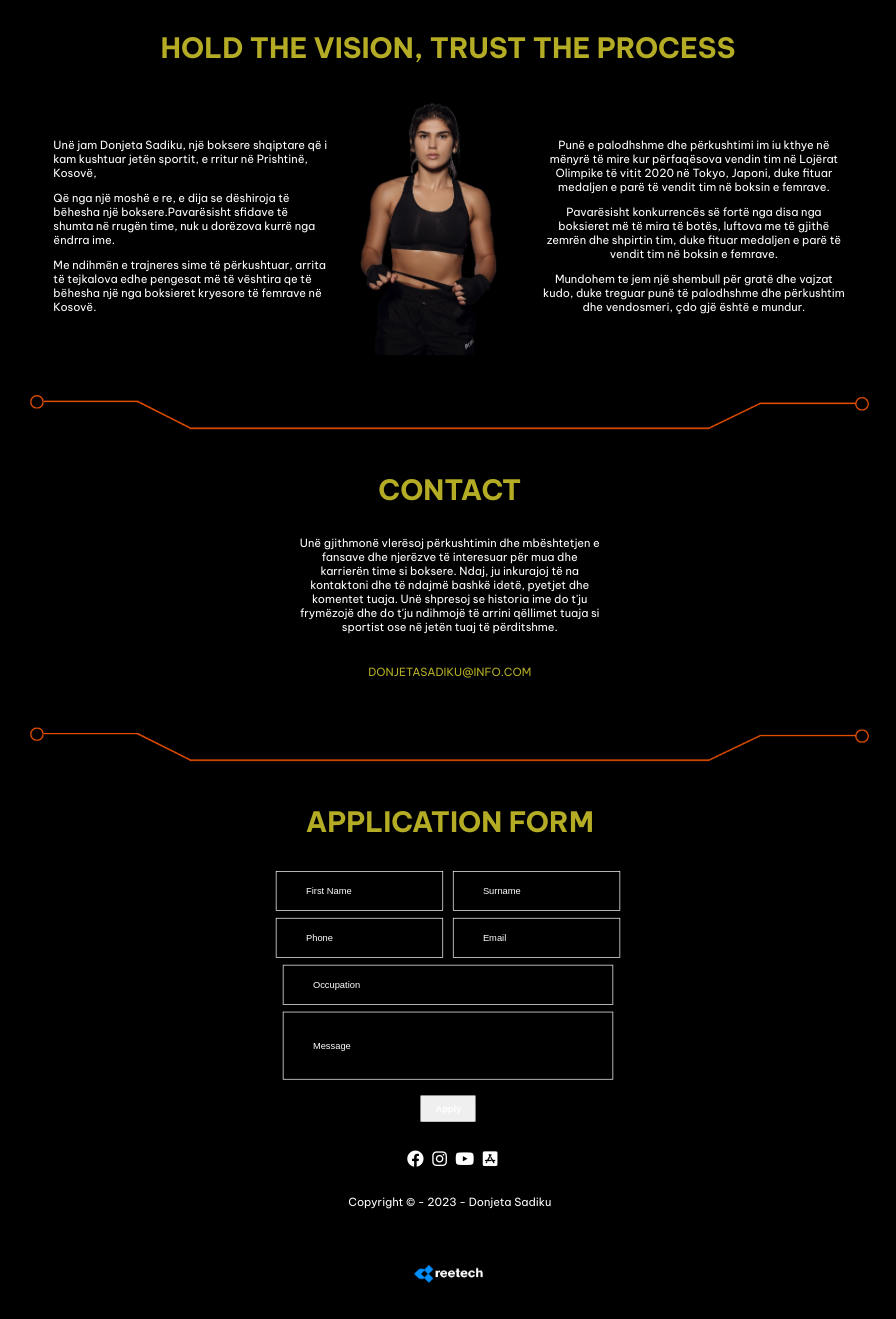
Repository: milot-morina/ds-boxing
Page: DS-Portfolio/index.html
These files come from the project's save history. The page is drawn as it stood at one moment and after the next save; the edit follows.
The browser window is 1280 px wide. The pictures show the part of the page from y = 2086 to 4006 px (the page is 3970 px tall before and 4006 px after), at 70% of full size.
A picture or video elsewhere on the page could not be fetched, so the positions and the page height are approximate.

Above is the page before, as saved 2023-03-21 08:18:03.

### DS-Portfolio/index.html
<!DOCTYPE html>
<html lang="en">
<head>
  <meta charset="UTF-8">
  <meta http-equiv="X-UA-Compatible" content="IE=edge">
  <meta name="viewport" content="width=device-width, initial-scale=1.0">
  <title>Donjeta Sadiku</title>
  <link rel="stylesheet" href="style.css">
  <link rel="stylesheet" href="https://cdnjs.cloudflare.com/ajax/libs/font-awesome/6.0.0-beta2/css/all.min.css" integrity="sha512-YWzhKL2whUzgiheMoBFwW8CKV4qpHQAEuvilg9FAn5VJUDwKZZxkJNuGM4XkWuk94WCrrwslk8yWNGmY1EduTA==" crossorigin="anonymous" referrerpolicy="no-referrer" />
  <link rel="icon" href="logofinal.png" type="image/icon type" style="width: 100%;">
  <link href="https://fonts.googleapis.com/css2?family=Be+Vietnam+Pro:wght@400;500;700&display=swap" rel="stylesheet">
</head>
<body>

  <section class="section1" id="home">
    <video muted autoplay loop style="pointer-events: none;">
      <source src="DS-Glitch.mp4" type="video/mp4">
    </video>
    <header class="hidden3">
      <div class="container">
        <nav class="navbar">
          <div class="brand-title">
            <img src="unitetiLogoFinal.png" alt="" width="130px">
          </div>
          <a href="#" class="toggle-button">
            <span class="bar"></span>
            <span class="bar"></span>
            <span class="bar"></span>
          </a>
          <div class="navbar-links">
            <ul>
              <li><a href="#home" class="home-btn">HOME</a></li>
              <li><a href="#club" class="header-club">CLUB</a></li>
              <li><a href="#contact" class="header-link a">CONTACT</a></li>
              <li><a href="#form" class="header-link a">FORM</a></li>
            </ul>
            <div class="socials">
            <i class="fa-brands fa-facebook"><a href="https://www.youtube.com/watch?v=dQw4w9WgXcQ"></a></i>
            <i class="fa-brands fa-instagram"></i>
            <i class="fa-brands fa-youtube"></i>
            <i class="fa-brands fa-app-store-ios"></i>
          </div>
          </div>

        </nav>
      </div>
    </header>
  </section>


  <img src="separator2.png" alt="" width="100%" style="margin-top: 40px;" class="first-seperator">


  <section class="section2 container row" id="club">

    <div class="images hidden2">
      <img src="handsUp.jpg" alt="">
    </div>
    <div class="text hidden">
      <p class="section-h hidden3">HISTORIA SHKRUHET!</p>
      <p class="section2-p hidden3">Nuk ka fjalë për t'u shprehur se sa krenare isha për të përfaqësuar vendin tim në skenën dhe për të marrë medalje ne kete nivel. Ishte një ndjenjë e mrekullueshme të përfaqësosh vendin tënd dhe të ndjehesh si një ambasador i saj në arenën nderkombetare.</p>
      <p class="section2-p hidden3">Në çdo moment të kësaj përvojeje, isha e mbuluar nga emocionet për rëndësinë që kjo ngjarje kishte për popullin tim dhe për boksierët shqiptarë. Nuk ishte thjesht një fitore personale, por ishte një fitore që përfaqësoi përparimin e boksi shqiptar dhe mundësinë e një të ardhme të ndritshme për sportin në vendin tonë.</p>
      <p class="section2-p hidden3">Kur mora medaljen olimpike, ndjeva një ndjenjë të thellë krenarie dhe një ndjesi të vërtetë prej triumfi. Ishte si të isha i gjithë vendlindja ime, duke festuar këtë arritje të madhe me mua. Nuk mund të mendoja për ndonjë gjë më të rëndësishme në atë moment, dhe do të mbaj gjithmonë këtë kujtim në zemrën time.</p>

    </div>

  </section>

  <img src="separator2.png" alt="" width="100%" style="margin-top: 30px;">


  <section class="section3 container">
    <p class="section-h">MEDALJET FLASIN VET!</p>
   <div class="row">
    <div class="text hidden2">
      <p>Viti me i suksesshem ne karrieren time . Solla dy medalje nje evropiane e një botërore. Dëshmova që une Donjeta Sadiku nuk dorërzohem asnjëher përkundrazi nuk kam dyshuar asnjëherë në veten time, mirpo tani po ndihem e kompletuar nën udhëheqjen e trajneres time Marjola Sallauka .</p>
      <p>Tash e tutje luftoj vetëm për medalje Olimpike. Unë besoj në vetën time dhe ju premtoj që me përkrahjen tuaj unë do ti realizoj këto synime . Faleminderit për përkrahje familjes time, Federatës së Boksit. Faleminderit trajnerës Marjola Sallauka për mjeshtërinë që tregon me punën e saj.</p>
    </div>
    <div class="images hidden">
      <img src="DplusMar.jpg" alt="" style="max-width: 640px;">
    </div>
   </div>

  </section>








  <img src="separator2.png" alt="" width="100%" style="margin-top: 30px;">




  <section class="section4 container" id="nft">
    <p class="section-h hidden3">HOLD THE VISION, TRUST THE PROCESS</p>
    <div class="row">
      <div class="text hidden2" style="text-align: left">
        <p>Unë jam Donjeta Sadiku, një boksere shqiptare që i kam kushtuar jetën sportit, e rritur në Prishtinë, Kosovë,
        </p>
        <p>Që nga një moshë e re, e dija se dëshiroja të bëhesha një boksere.Pavarësisht sfidave të shumta në rrugën time, nuk u dorëzova kurrë nga ëndrra ime.
        </p>
        <p>Me ndihmën e trajneres sime të përkushtuar, arrita të tejkalova edhe pengesat më të vështira qe të bëhesha një nga boksieret kryesore të femrave në Kosovë.</p>
      </div>
      <div class="hidden3">
        <div class="column">
          <img src="profilePic.png" alt="" style="width: 300px;">
          <!-- <img src="shadow.png" alt="" style="width: 300px;"> -->
        </div>
      </div>
      <div class="text hidden">
        <p>Punë e palodhshme dhe përkushtimi im iu kthye në mënyrë të mire kur përfaqësova vendin tim në Lojërat Olimpike të vitit 2020 në Tokyo, Japoni, duke fituar medaljen e parë të vendit tim në boksin e femrave.</p>
        <p>Pavarësisht konkurrencës së fortë nga disa nga boksieret më të mira të botës, luftova me të gjithë zemrën dhe shpirtin tim, duke fituar medaljen e parë të vendit tim në boksin e femrave.
        </p>
        <p>
          Mundohem te jem një shembull për gratë dhe vajzat kudo, duke treguar punë të palodhshme dhe përkushtim dhe vendosmeri, çdo gjë është e mundur.
        </p>
      </div>
    </div>

  </section>

  <img src="separator2.png" alt="" width="100%" style="margin-top: 30px;">

  <section class="section5 container" id="contact">
    <div class="text">
      <p class="section-h">CONTACT</p>
      <p>Unë gjithmonë vlerësoj përkushtimin dhe mbështetjen e fansave dhe njerëzve të interesuar për mua dhe karrierën time si boksere. Ndaj, ju inkurajoj të na kontaktoni dhe të ndajmë bashkë idetë, pyetjet dhe komentet tuaja. Unë shpresoj se historia ime do t'ju frymëzojë dhe do t'ju ndihmojë të arrini qëllimet tuaja si sportist ose në jetën tuaj të përditshme.</p>
      <p style="color: #B4AC25; margin-top: 45px;">DONJETASADIKU@INFO.COM</p>
    </div>
  </section>






 <img src="separator2.png" alt="" width="100%" style="margin-top: 30px;">

  <section class="section6 container" id="form">
    <div class="text">
      <p class="section-h">APPLICATION FORM</p>
    </div>
    <form action="#">
      <div class="form-row">
        <input type="text" placeholder="First Name">
        <input type="text"placeholder="Surname">
      </div>
      <div class="form-row">
        <input type="text" placeholder="Phone">
        <input type="email" placeholder="Email">
      </div>
      <div class="long-inputs-form">
        <input type="text" placeholder="Occupation"><br>
        <input type="text" placeholder="Message" style="padding-block: 40px;">
      </div>
    </form>
    <button class="home-btn">Apply</button>
    <div class="socials" style="margin-block: 40px;">
      <a href="https://www.facebook.com/your-page"></a><i class="fa-brands fa-facebook"></i></a>
      <i class="fa-brands fa-instagram"  ><a href="https://www.instagram.com/donjetasadikuofficial/"></a></i>
      <i class="fa-brands fa-youtube"><a href="https://www.youtube.com/channel/your-channel"></a></i>
      <i class="fa-brands fa-app-store-ios"><a href="https://apps.apple.com/your-app"></a></i>
    </div>

    <div class="text" style="margin-bottom: 40px;">
      <p>Copyright © - 2023 - Donjeta Sadiku </p>
    </div>


    <div style="background-color: rgba(0, 0, 0, 0.2); display: flex; justify-content: center; align-items: center;">
      <a class="navbar-brand" href="https://www.reetech.ch/">
        <img src="reetech.png" width="185" height="105" class="d-inline-block align-top" alt="">
      </a>
    </div>

  </section>




  <script src="script.js"></script>
</body>
</html>

### DS-Portfolio/style.css
html {
  scroll-behavior: smooth;
  transition: 2s;
  overflow-x: hidden;
}

body {
  text-align: center;
  overflow-x: hidden;
  font-family: 'Be Vietnam Pro', sans-serif;
}

/* header----*/


header {
  background-color: transparent;
  width: 100%;
  position: absolute;
  top: 0;
  left: 0;

  z-index: 100;
}


.navbar {
  display: flex;
  flex-direction: column;
  justify-content: space-between;
  align-items: flex-start;
  color: black;
}



.navbar-links {
  width: 100%;
  display: none;
}

.navbar-links ul {
  margin: 0;
  padding: 0;
  display: flex;
  flex-direction: column;
  width: 100%;
  text-align: center;
}

.navbar-links li {
  list-style: none;
  font-size: 15px;

}

.navbar-links li a {
  text-decoration: none;
  color: white;

  display: block;
}


.toggle-button {
  position: absolute;
  top: .75rem;
  right: 1rem;
  display: flex;
  flex-direction: column;
  justify-content: space-between;
  width: 31px;
  height: 21px;
}

.bar {
  width: 100%;
  height: 3px;
  background-color: white;
  border-radius: 10px;
}

.navbar-links.active {
  display: flex;
  flex-direction: column;
  background-color: transparent;
}

i {
  color: white;
}

i:hover {
  color: #B4AC25;
  cursor: pointer;
}



video {
  width: 100%;
  position: relative;
  height: auto;
  pointer-events: none;
  display: none;
}



.socials {
  width: 47%;
  display: block;
  margin: 5px auto;
  justify-content: center;
}

i + i, .fa-facebook {
  margin-left: 12px;
  font-size: 24px;
}

.header-club {
  color: white;
  padding-inline: 10px;
  margin-top: 5px;
  max-width: 80px;
  display: block;
  margin-inline: auto;
  font-weight: 700;
}


.header-club:hover {
  color: white;
  border-color: #B4AC25;

}

.home-btn {
  color: white;
  padding-inline: 10px;
  margin-top: 5px;
  max-width: 80px;
  display: block;
  margin-inline: auto;
  font-weight: 700;
}

.home-btn:hover {
  color: white;
  border-color: white;
  background-color: transparent;
  cursor: pointer;
}


.header-link {
  color: white;
  padding-inline: 10px;
  margin-top: 5px;
  max-width: 80px;
  display: block;
  margin-inline: auto;
  font-weight: 700;
}

.header-link:hover {
  color: #B4AC25;
}

a {
  position: relative;
}

a::after {
  content: " ";
  position: absolute;
  background-color: #B4AC25;
  height: 3px;
  width: 0;
  left: 0;
  bottom: -10px;
  transition: 0.3s;
}

a:hover::after {
  width: 100%;
}





/*---------------header-----------*/




/*---------------------- collapsible table ------------------------*/

.main-collapsible {
  background-color: transparent;
  color: black;
  width: 100%;
  margin-inline: auto;
  margin-block: 120px 40px;
}



.container-collapsible {
  width: 100%;
  margin: 0 auto;
  display: flex;
  flex-direction: column;
  align-items: center;
}


hr {
  background-color: white;
  width: 90%;
  display: block;
  margin-inline: auto;
}



.collapsible-button {
  background-color: rgb(24, 24, 24);
  color: gray;
  cursor: pointer;
  padding: 5px;
  width: 93%;
  border-bottom: 1px solid white;
  display: flex;
  align-items: center;
  justify-content: space-between;
  text-align: left;
  outline: none;
  font-size: 15px;
  border: none;
}





.button-name-collapsible {
  color: white;
  text-align: left;
  outline: none;
  font-size: 16px;

}


.button-name-collapsible:hover {
  color: #B4AC25;
}



.collapsible-button:after {
  content: '\002B';
  color: white;
  font-weight: bold;
  float: right;
  margin-left: 5px;
  font-size: 24px;
}

.collapsible-button:hover::after{
  color: #B4AC25;
}

.active:after {
  content: "\2212";
}

.content {
  width: 93%;
  max-height: 0;
  overflow: hidden;
  transition: max-height 0.2s ease-out;
  background-color:  rgb(24, 24, 24);
  color: white;
  margin-bottom: 10px;
}

/*---------------------- collapsible table ------------------------*/



/*----------animations------------*/

.hidden {
  opacity: 0;
  filter: blur(2px);
  transform: translateX(60%);
  transition: all 700ms;
}


.hidden2 {
  opacity: 0;
  filter: blur(2px);
  transform: translateX(-60%);
  transition: all 700ms;
}

.hidden3 {
  opacity: 0;
  filter: blur(2px);
  transform: translateY(-5%);
  transition: all .7s;
}



.show {
  opacity: 1;
  filter: blur(0);
  transform: translateX(0);
}


@media(prefers-reduced-motion) {
  .hidden {
    transition: none;
  }
}

/*--------------animations------------------*/


/*---------main---------------*/

body {
  background-color: black;

}


.container {
  width: 90%;
  margin: 0 auto;
}



.first-seperator {
  display: none;
}

@media(min-width: 687px) and (max-width: 900px) {
  .column {
    display: flex;
    flex-direction: column;
    width: 100%;
    margin-left: 28%;
  }
}


.row2 {
  display: flex;
  align-items: center;
  justify-content: space-between;
}

.section2 {
  margin-top: 70px;
}

.section2 img {
  width: 80%;
  max-width: 500px;
  display: block;
  margin-inline: auto;
}

.text {
  color: white;
  max-width: 440px;
  display: block;
  margin-inline: auto;
}

.text p {
  font-weight: 400;
  margin-left: 5px;
}

.text .section-h,
.section-h {
  font-size: clamp(2.15rem, 2.5rem, 3.2rem);
  color: #B4AC25;
  font-weight: 700;
}

.images img {
  max-width: 550px;
  width: 100%;
}

.section3 .images img {
  width: 100%;
}


input {
  background-color: transparent;
  color: white;
  border: 1px solid white;
  padding: 20px 30px;
  margin: 5px;
  max-width: 410px;
}

input::placeholder {
  color: white;
  padding: 12px;
}

.long-inputs-form > input{
  width: 170px;
}

.section6 button{
  margin-top: 17px;
  padding: 10px 20px;
}

.section6 .socials{
  justify-content: center;
}



@media (min-width: 555px) {
  video {
    display: block;
  }

  .long-inputs-form > input{
    width: 470px;
  }

}


@media(min-width: 865px) {


  .toggle-button {
    display: none;
  }

  .navbar {
    flex-direction: row;
    align-items: center;
    justify-content: space-between;
  }

  .navbar-links  {
    display: flex;
    width: 100%;
    align-items: center;
  }

  .navbar-links ul {
    flex-direction: row;
    justify-content: center;
  }

  .navbar-links.active {
    flex-direction: row;
  }

  .socials {
    width: 6%;
    display: flex;
    justify-content: right;
  }

  .header-club {
    margin-left: 14px;
  }

}





@media (min-width: 900px) {
  .row {
    display: flex;
    justify-content: space-between;
    align-items: center;
  }

  .div {
    display: flex;
    justify-content: space-between;
    align-items: center;
    width: 100%;
    margin: 0 auto;
  }


  .long-inputs-form > input{
    width: 470px;
  }

}







/*---------------main-------------*/

### DS-Portfolio/script.js
const toggleButton = document.getElementsByClassName('toggle-button')[0]
const navbarLinks = document.getElementsByClassName('navbar-links')[0]

toggleButton.addEventListener('click', () => {
  navbarLinks.classList.toggle('active')
})



const observer = new IntersectionObserver((entries) => {
  entries.forEach((entry) => {
    console.log(entry)
    if (entry.isIntersecting) {
      entry.target.classList.add('show')
    } else {
      entry.target.classList.remove('show')
    }
  })
})

const hiddenElements = document.querySelectorAll('.hidden')
const hiddenElements2 = document.querySelectorAll('.hidden2')
const hiddenElements3 = document.querySelectorAll('.hidden3')
hiddenElements.forEach((el) => observer.observe(el))
hiddenElements2.forEach((el) => observer.observe(el))
hiddenElements3.forEach((el) => observer.observe(el))




//collapbsibleTable
let coll = document.getElementsByClassName("collapsible-button");
let i;

for (i = 0; i < coll.length; i++) {
  coll[i].addEventListener("click", function() {
    this.classList.toggle("active");
    let content = this.nextElementSibling;
    if (content.style.maxHeight){
      content.style.maxHeight = null;
    } else {
      content.style.maxHeight = content.scrollHeight + "px";
    }
  });
}

After the next save:
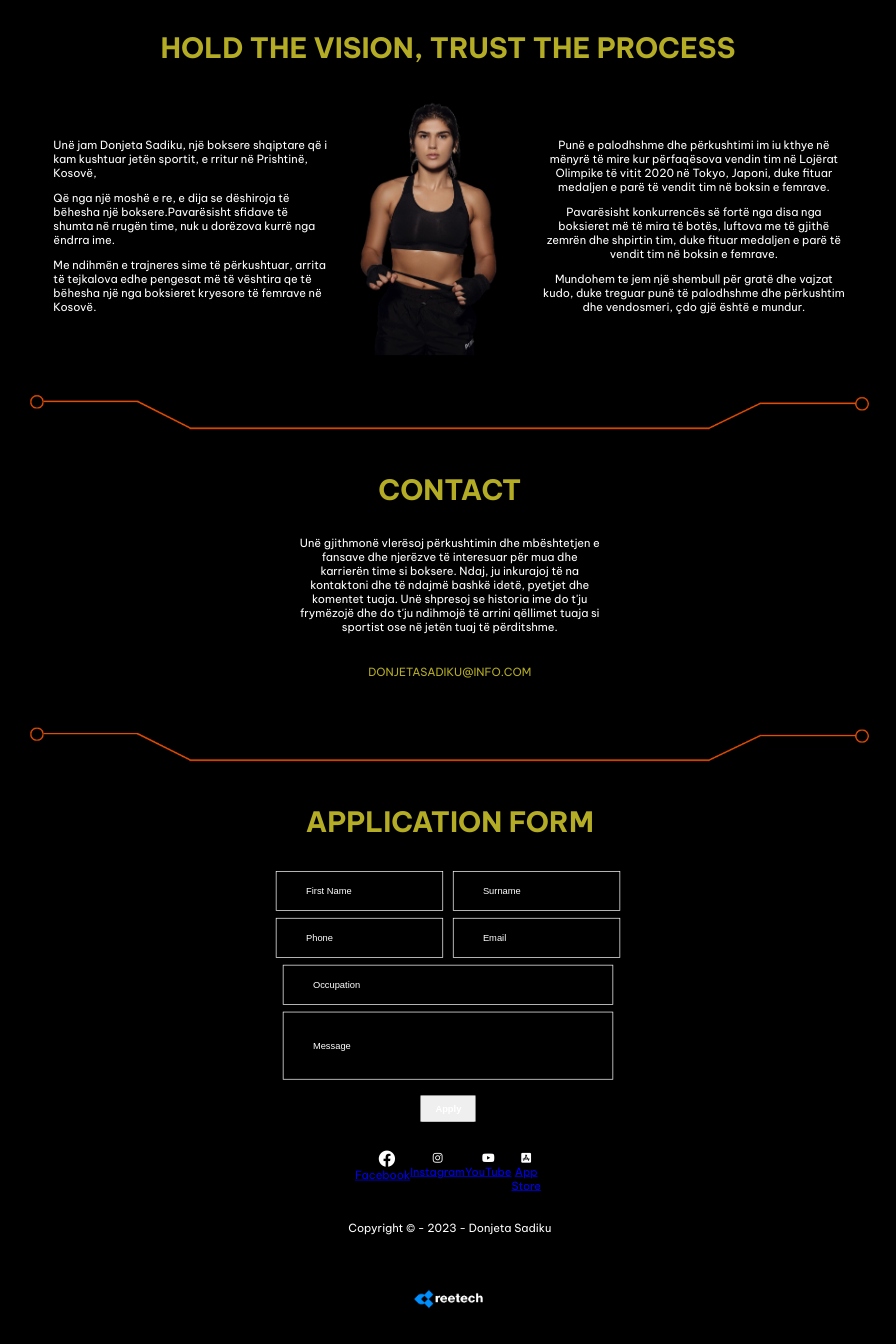
Saved 2 min 6 s later.
--- a/DS-Portfolio/index.html
+++ b/DS-Portfolio/index.html
@@ -160,11 +160,12 @@
     </form>
     <button class="home-btn">Apply</button>
     <div class="socials" style="margin-block: 40px;">
-      <a href="https://www.facebook.com/your-page"></a><i class="fa-brands fa-facebook"></i></a>
-      <i class="fa-brands fa-instagram"  ><a href="https://www.instagram.com/donjetasadikuofficial/"></a></i>
-      <i class="fa-brands fa-youtube"><a href="https://www.youtube.com/channel/your-channel"></a></i>
-      <i class="fa-brands fa-app-store-ios"><a href="https://apps.apple.com/your-app"></a></i>
+      <a href="https://www.facebook.com/your-page"><i class="fa-brands fa-facebook"></i> Facebook</a>
+      <a href="https://www.instagram.com/donjetasadikuofficial/"><i class="fa-brands fa-instagram"></i> Instagram</a>
+      <a href="https://www.youtube.com/channel/your-channel"><i class="fa-brands fa-youtube"></i> YouTube</a>
+      <a href="https://apps.apple.com/your-app"><i class="fa-brands fa-app-store-ios"></i> App Store</a>
     </div>
+
 
     <div class="text" style="margin-bottom: 40px;">
       <p>Copyright © - 2023 - Donjeta Sadiku </p>
